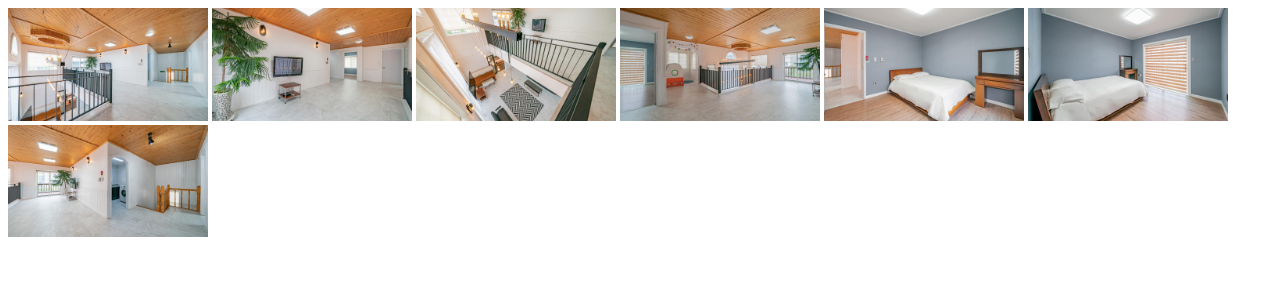
Repository: balsohn/adminshop
Page: http://localhost/jquery/0805/slide.jsp
The author's editor kept a copy of each file at every save. The page is drawn from the files as they stood at one save, then again after the next save.
The browser window is 1280 px wide. The pictures show the whole page.
The page is served by Tomcat 9.

Above is the page before, as saved 2024-08-23 03:49:16.

After the next save:
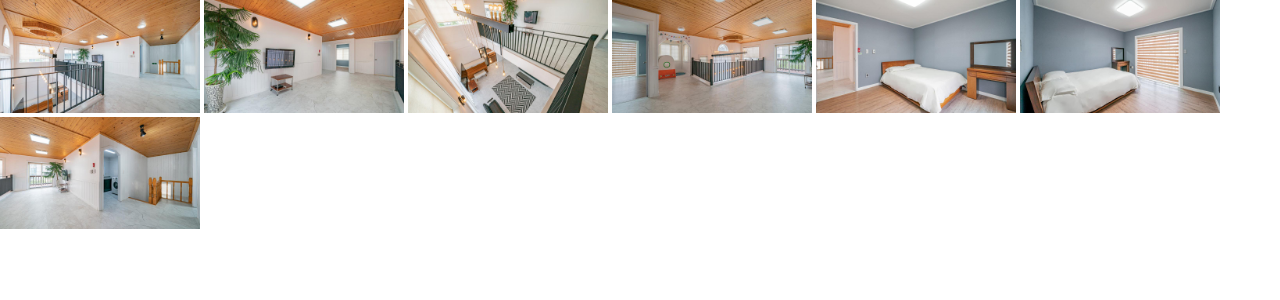
Saved 12 s later.
--- a/work/jquery/src/main/webapp/0805/slide.jsp
+++ b/work/jquery/src/main/webapp/0805/slide.jsp
@@ -6,6 +6,7 @@
 <meta charset="UTF-8">
 <title>Insert title here</title>
 <style>
+	body{margin:auto;}
 	img {width:200px; height: auto;}
 </style>
 </head>

After the 2 saves that followed:
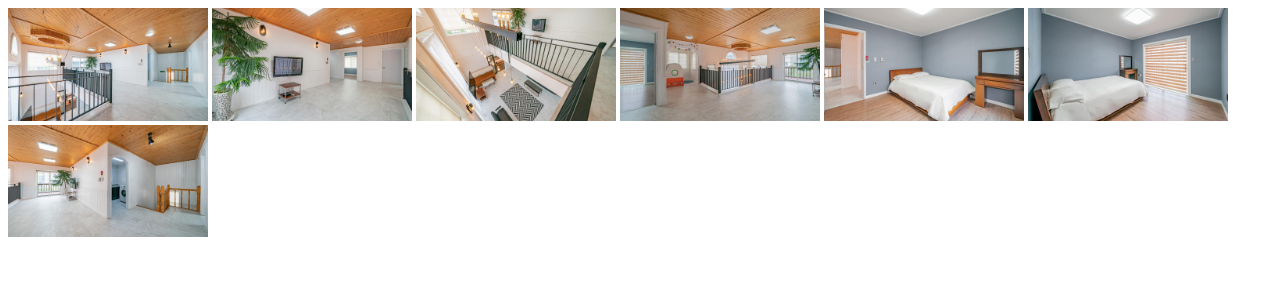
The 2 saves are shown as one change because 1 left the picture as it was.
The last was saved 35 s later.
--- a/work/jquery/src/main/webapp/0805/slide.jsp
+++ b/work/jquery/src/main/webapp/0805/slide.jsp
@@ -6,18 +6,19 @@
 <meta charset="UTF-8">
 <title>Insert title here</title>
 <style>
-	body{margin:auto;}
+	section {margin:auto;}
 	img {width:200px; height: auto;}
 </style>
 </head>
 <body>
-	<img src="1-1.jpg">
-	<img src="1-2.jpg">
-	<img src="1-3.jpg">
-	<img src="1-4.jpg">
-	<img src="1-5.jpg">
-	<img src="1-6.jpg">
-	<img src="1-7.jpg">
-
+	<section>
+		<img src="1-1.jpg">
+		<img src="1-2.jpg">
+		<img src="1-3.jpg">
+		<img src="1-4.jpg">
+		<img src="1-5.jpg">
+		<img src="1-6.jpg">
+		<img src="1-7.jpg">
+	</section>
 </body>
 </html>
